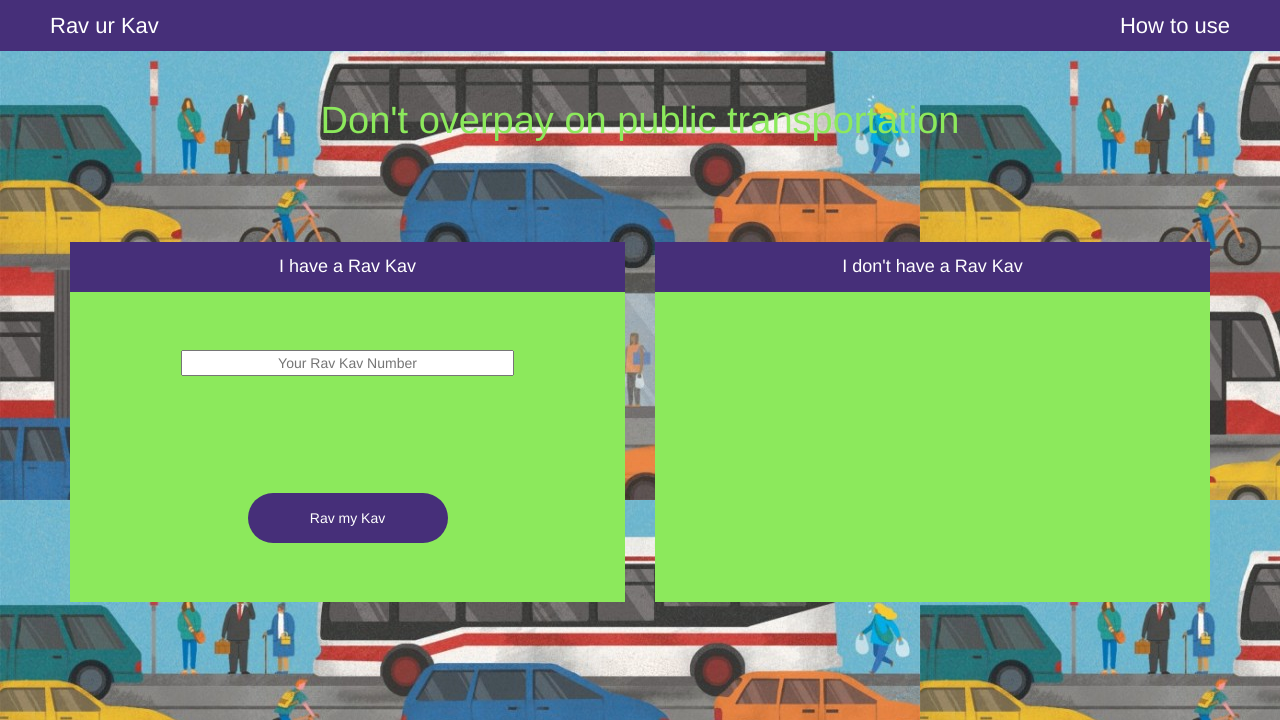
Repository: Louhla/Rav-ur-Kav
Page: index.html
The author's editor kept a copy of each file at every save. The page is drawn from the files as they stood at one save, then again after a run of saves.
The browser window is 1280 px wide. The pictures show the whole page.
The pointer rests on the first visible `#rav-kav-number-button`.

Above is the page before, as saved 2019-07-17 15:56:52.

### index.html
<!DOCTYPE html>
<html lang="en">

<head>
    <meta charset="utf-8">
    <meta name="viewport" content="width=device-width, initial-scale=1">
    <!-- Bootstrap CSS -->
    <link rel="stylesheet" href="https://maxcdn.bootstrapcdn.com/bootstrap/3.3.7/css/bootstrap.min.css">
    <script src="https://ajax.googleapis.com/ajax/libs/jquery/3.3.1/jquery.min.js"></script>
    <link rel="stylesheet" type="text/css" href="./css/rav-ur-kav.css">
    <title>Rav ur kav - Public Transport Calculator</title>
    <meta name="description" content="Get the best rate for your Rav Kav according to your commute">
</head>

<body>
    <div id="modal-wrapper">
        <div class="modal">
            <div class="modal-content">
                <h1>How to Rav my Kav:</h1>
                <h3>Lorem ipsum dolor sit, amet consectetur adipisicing elit. Nam, velit. Impedit non consequatur corporis tempore hic natus repudiandae veritatis voluptates pariatur numquam? Libero illo suscipit cum vitae. Quam, ex in!</h3>
                <h3>Lorem ipsum dolor sit amet consectetur adipisicing elit. Distinctio, sint. Eius adipisci tenetur dolore quis rem eos expedita error officia. Maiores dolore maxime enim ut quos dolorem nesciunt ea pariatur?</h3>
            </div>
            <br>
            <div id="button-box">
                <button class="my-button" id="close">Close</button>
            </div>
        </div>
    </div>
    <div id="root"></div>
    <heading class="header">
        <div class="logo">Rav ur Kav
        </div>
        <div id="how-to">How to use
        </div>
    </heading>

    <div class="container">
        <div class="row">
            <div class="col-md-12">
                <h1>Don't overpay on public transportation</h1>
            </div>
        </div>
        <div class="row">
            <div class="col-md-6">
                <div class="existing-user">
                    <h4>I have a Rav Kav</h4>
                        <input id="rav-kav-number" type=text placeholder="Your Rav Kav Number"></input>
                        <button id="rav-kav-number-button"><a href="#">Rav my Kav</a></button>
                </div>
            </div>
            <div class="col-md-6">
                <div class="new-user">
                    <h4>I don't have a Rav Kav</h4>
                </div>
            </div>
        </div>
    </div>
    <script type="text/javascript" src="./js/rav-ur-kav.js"></script>
</body>

</html>

### css/rav-ur-kav.css
body {
    margin: 0px;
    padding: 0px;
    background-image: url("/img/public-transport.jpg");
}
/* Modal START */
#modal-wrapper {
    position: fixed;
    top: 0;
    bottom: 0;
    right: 0;
    left: 0;
    background-color: rgba(0, 0, 0, 0.5);
    z-index: 12345;
    display: none;
}

#modal-wrapper .modal {
    background-color: white;
    width: 90vw;
    height: 90vh;
    position: absolute;
    top: 50%;
    left: 50%;
    transform: translateX(-50%) translateY(-50%);
    border-radius: 5px;
    text-align: center;
    background-image: url('../img/bgm.png');
    background-repeat: no-repeat;
    background-position: center;
    background-size: cover;
    color: white;
    text-shadow: 3px 3px #000000;
    display: flex;
    flex-direction: column;
    align-items: center;
    justify-content: space-evenly;
}

.modal-content {
    background-color: rgba(0, 0, 0, 0.5);
}

.modal-content h1 {
    font-size: 2rem;
    margin-block-start: 0.3rem;
    margin-block-end: 0.3rem;
}

.modal-content h3 {
    font-size: 1rem;
    margin-block-start: 0.5rem;
    margin-block-end: 0.5rem;
}

#button-box {
    width: 70vh;
    display: flex;
    justify-content: flex-end;
}

.my-button {
    color: red;
    background-color: yellow;
    height: 5vh;
    width: 20vh;
    font-size: 4vh;
    text-align: center;
    padding: 0;
}
/* Modal END */

/* Homepage START */
.header{
    display: flex;
    position: fixed;
    z-index: 9;
    justify-content: space-between;
    width: 100%;
    align-items: center;
    box-shadow: 5px;
    background-color: #462F79;
    color: white;
    font-size: 22px;
}
.logo{
    margin: 10px 0px 10px 50px;
}
.how-to{
    margin: 10px 50px 10px 0px;
}
.existing-user{
    background-color: #8CE95C;
    display: flex;
    flex-direction: column;
    text-align: center;
    height: 50vh;
}
.new-user{
    background-color: #8CE95C;
    text-align: center;
    height: 50vh;
}
h1{
    text-align: center;
    margin: 100px;
    color: #8CE95C;
    font-size: 38px;
}
.existing-user > h4, .new-user > h4{
    background-color: #462F79;
    padding: 15px 0px;
    margin: 0px;
    color: white;
}
#rav-kav-number{
    width: 60%;
    margin: auto;
    text-align: center;
}
#rav-kav-number-button{
    width: 60%;
    margin: auto;
    height: 50px;
    border-radius: 50px;
    border-style: none;
    color: white;
    background-color: #462F79;
    -webkit-transition: width 0.5s ease-in-out;
    -moz-transition: width 0.5s ease-in-out;
    -ms-transition: width 0.5s ease-in-out;
    transition: width 0.5s ease-in-out;
}
#rav-kav-number-button:hover{
    width: 200px;
}
a {
    all: unset;
    cursor: pointer;
}
#how-to{
    margin: 10px 50px 10px 0px;
    cursor: pointer;
}
.existing-user{
    background-color: #8CE95C;
    display: flex;
    flex-direction: column;
    text-align: center;
    height: 50vh;
}
.new-user{
    background-color: #8CE95C;
    text-align: center;
    height: 50vh;
}
h1{
    text-align: center;
    margin: 100px;
    color: #8CE95C;
    font-size: 38px;
}
.existing-user > h4, .new-user > h4{
    background-color: #462F79;
    padding: 15px 0px;
    margin: 0px;
    color: white;
}
#rav-kav-number{
    width: 60%;
    margin: auto;
    text-align: center;
}
#rav-kav-number-button{
    width: 60%;
    margin: auto;
}
/* Homepage END */

Loaded but not shown: js/rav-ur-kav.js (no copy from this time; the picture is the same without it)

After the next 3 saves:
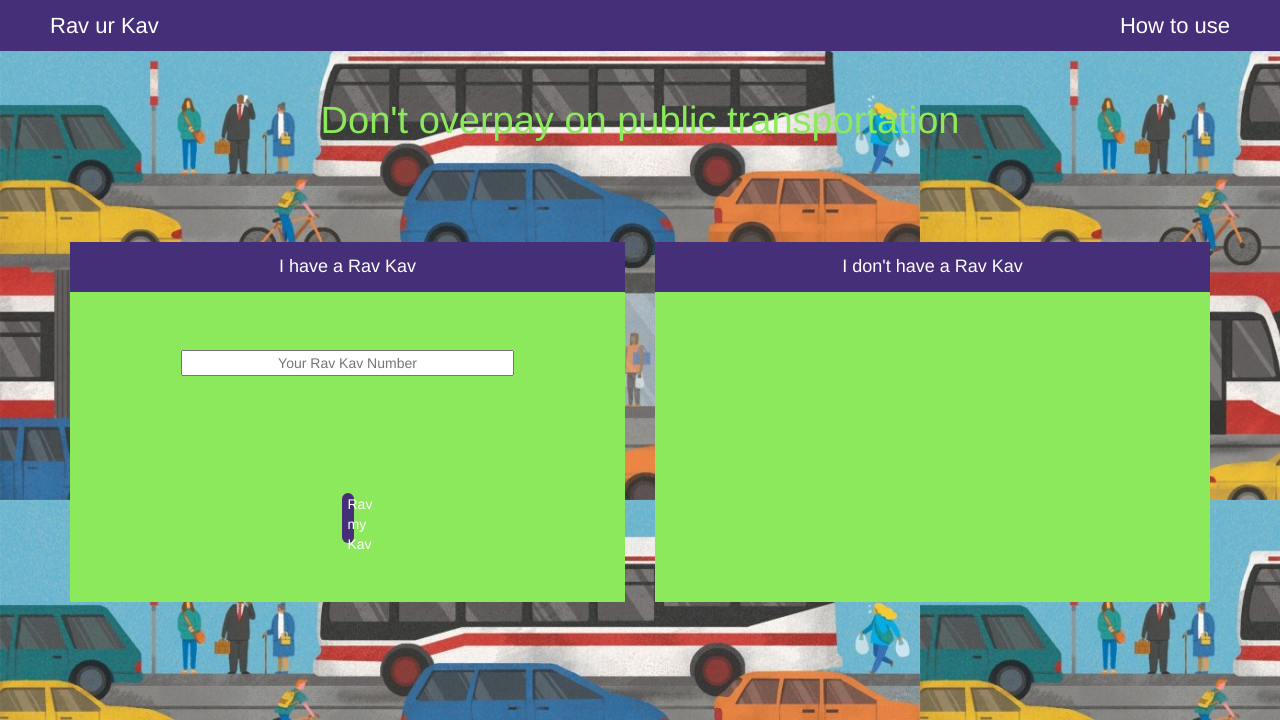
The 3 saves are shown as one change because they came seconds apart.
The last was saved 37 s later.
--- a/css/rav-ur-kav.css
+++ b/css/rav-ur-kav.css
@@ -132,7 +132,7 @@
     transition: width 0.5s ease-in-out;
 }
 #rav-kav-number-button:hover{
-    width: 200px;
+    width: 2%;
 }
 a {
     all: unset;

After the save that followed:
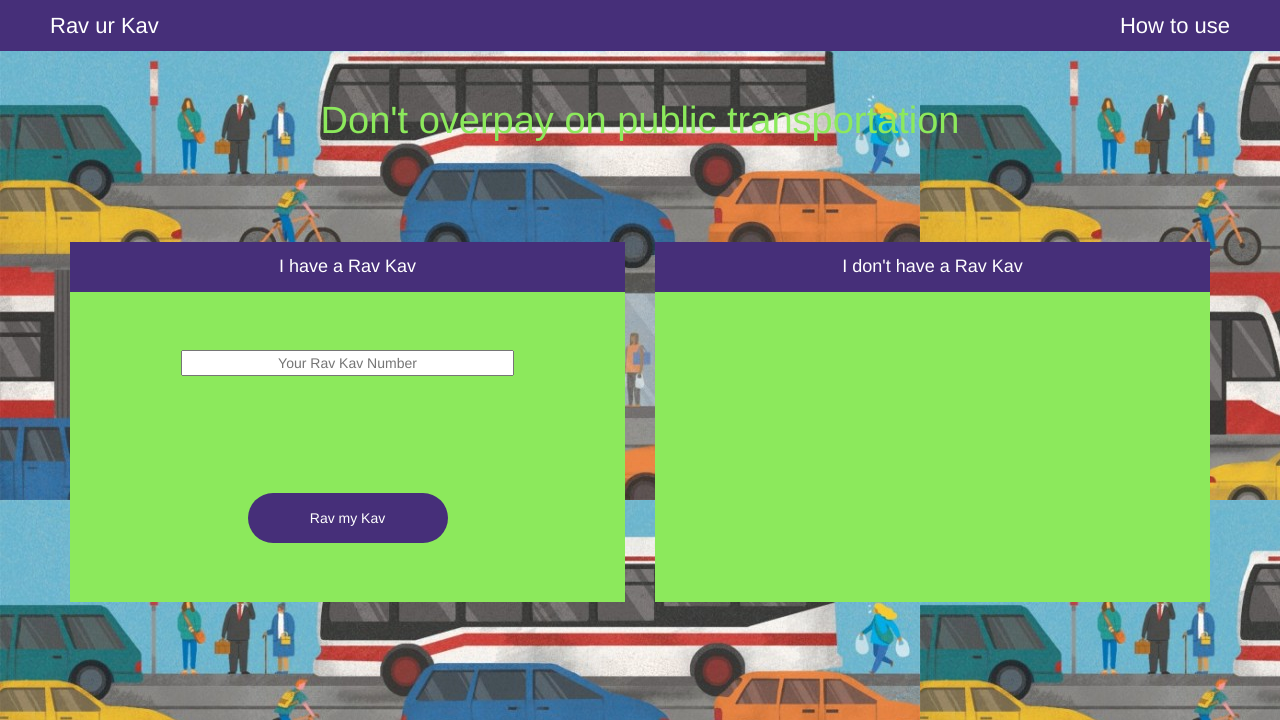
Saved 15 s later.
--- a/css/rav-ur-kav.css
+++ b/css/rav-ur-kav.css
@@ -132,7 +132,7 @@
     transition: width 0.5s ease-in-out;
 }
 #rav-kav-number-button:hover{
-    width: 2%;
+    width: 200px;
 }
 a {
     all: unset;
